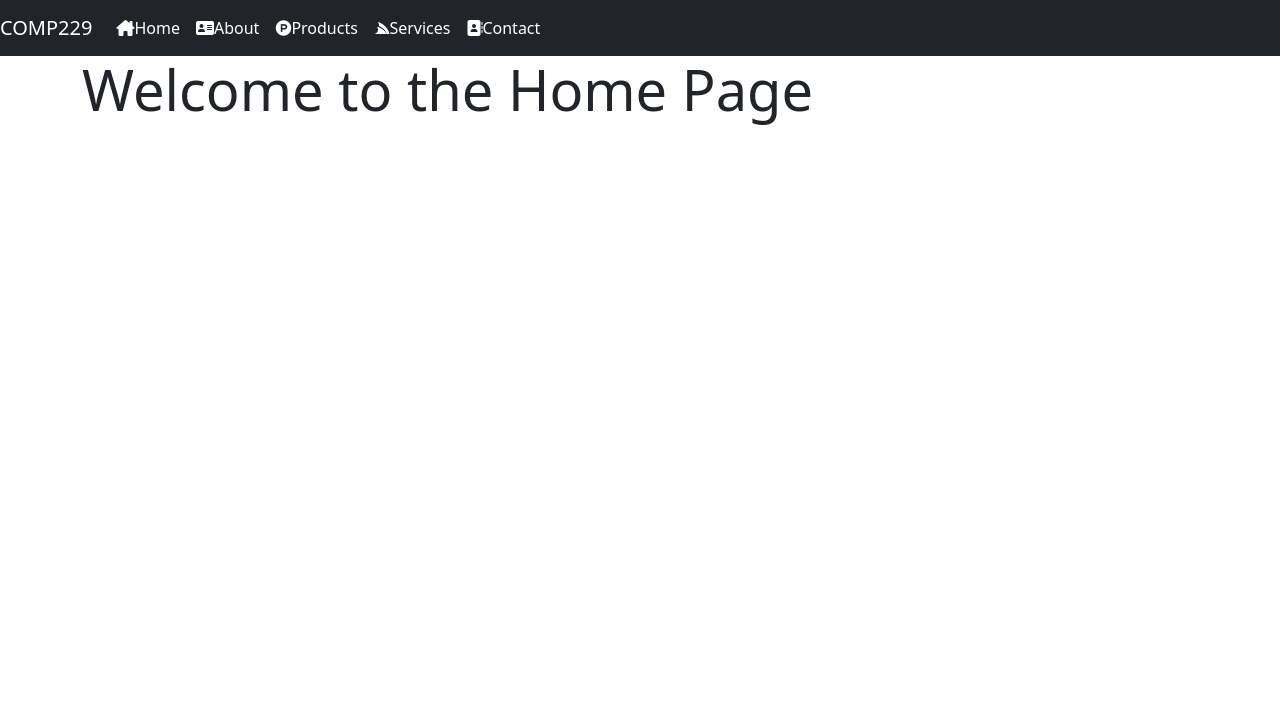
Repository: BlessingAjiboye/WEEK52023W
Page: http://localhost/
The author's editor kept a copy of each file at every save. The page is drawn from the files as they stood at one save, then again after a run of saves.
The browser window is 1280 px wide. The pictures show the whole page.
The page is served by the project's Node server (server.js).

Above is the page before, as saved 2023-01-26 11:48:52.

After the next 12 saves:
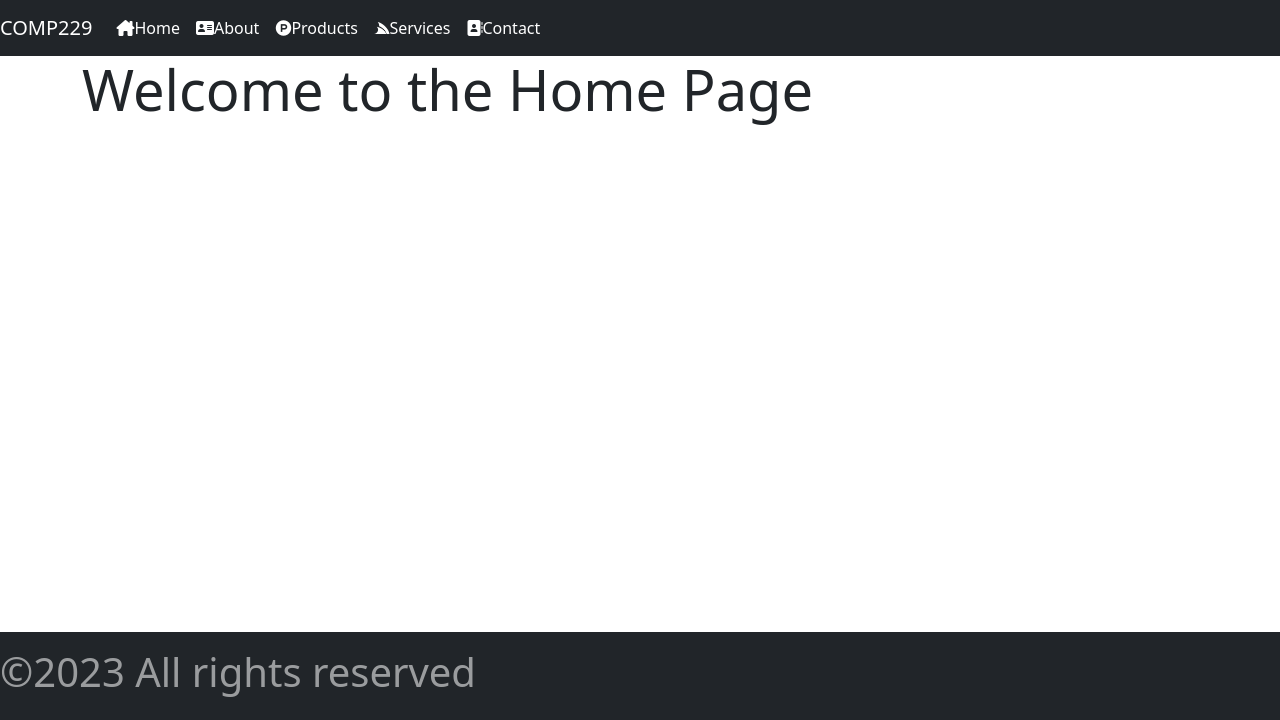
The 12 saves are shown as one change because 2 did not build or start and some came seconds apart.
The last was saved 51 s later.
--- a/views/index.ejs
+++ b/views/index.ejs
@@ -11,4 +11,5 @@
    <!--<h1><%= title %></h1>-->
    <!--<p>Welcome to <%= title %></p>-->
    <!--Script section-->
+   <%-include partials/bottom_nav.ejs%>
    <%-include partials/footer.ejs%>
